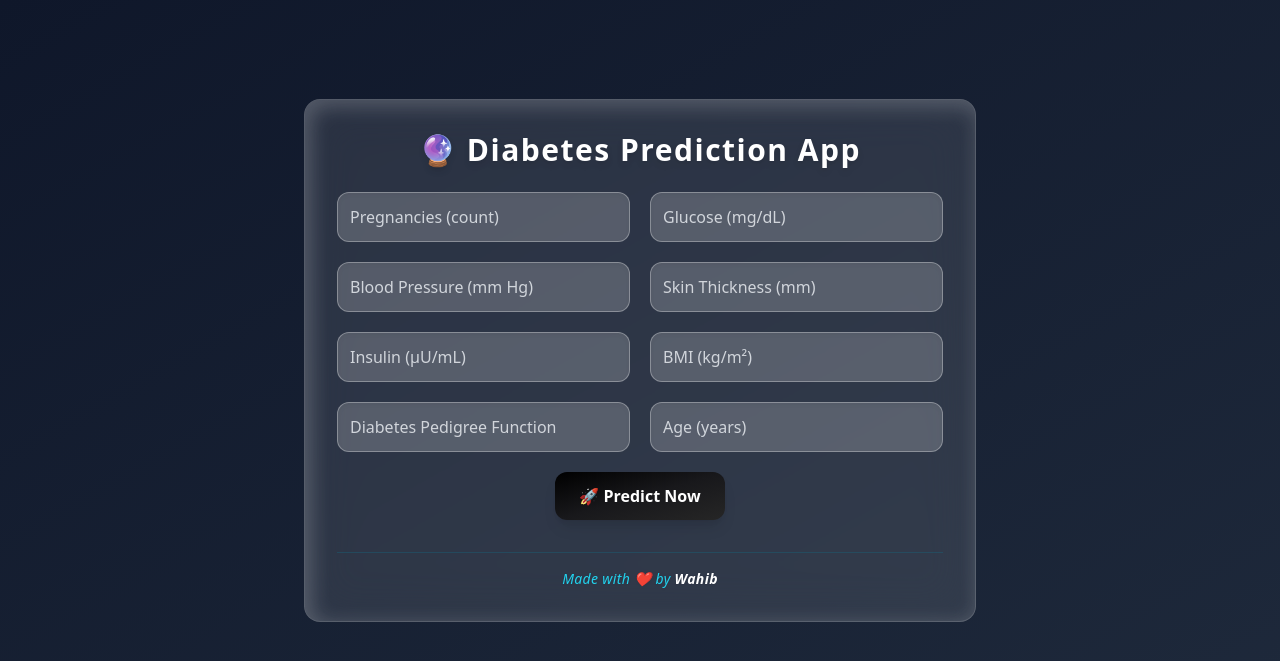
Repository: wahibkhannn/pima-diabetes-app
Page: / (app in frontend/)
An editor plug-in stored every save of this project. The page is shown before and after a run of saves, followed by the edit.
The browser window is 1280 px wide. The pictures show the whole page.
The project was rebuilt for these pictures with package versions that can differ from the ones it lists, and the page was loaded fresh each time.

Above is the page before, as saved 2025-06-30 20:59:17.

### frontend/public/index.html
<!DOCTYPE html>
<html lang="en">
  <head>
    <meta charset="utf-8" />
    <link rel="icon" href="%PUBLIC_URL%/favicon.ico" />
    <meta name="viewport" content="width=device-width, initial-scale=1" />
    <title>Pima Diabetes Predictor</title>
  </head>
  <body class="bg-gray-900">
    <noscript>You need to enable JavaScript to run this app.</noscript>
    <div id="root"></div>
  </body>
</html>

### frontend/src/index.css
@tailwind base;
@tailwind components;
@tailwind utilities;

body {
  font-family: 'Segoe UI', sans-serif;
}

### frontend/src/App.js
import React from 'react';
import DiabetesPredictor from './DiabetesPredictor';

function App() {
  return <DiabetesPredictor />;
}

export default App;

### frontend/src/DiabetesPredictor.js
import React, { useState } from 'react';
import axios from 'axios';

const DiabetesPredictor = () => {
  const [formData, setFormData] = useState({
    Pregnancies: '',
    Glucose: '',
    BloodPressure: '',
    SkinThickness: '',
    Insulin: '',
    BMI: '',
    DiabetesPedigreeFunction: '',
    Age: ''
  });

  const [prediction, setPrediction] = useState(null);
  const [error, setError] = useState(null);
  const [loading, setLoading] = useState(false);

  const handleChange = (e) => {
    setFormData({ ...formData, [e.target.name]: e.target.value });
  };

  const handleSubmit = async (e) => {
    e.preventDefault();
    setLoading(true);
    setPrediction(null);
    setError(null);

    try {
      const cleanedData = Object.fromEntries(
        Object.entries(formData).map(([key, val]) => [key, parseFloat(val)])
      );
      const response = await axios.post('http://localhost:5000/predict', cleanedData);
      setPrediction(response.data.prediction);
    } catch (err) {
      setError(err.response?.data?.error || 'Prediction failed.');
      console.error(err);
    } finally {
      setLoading(false);
    }
  };

  return (
    <div className="min-h-screen flex items-center justify-center bg-gradient-to-br from-[#0f172a] to-[#1e293b] text-white font-sans">
      <div className="bg-white/10 backdrop-blur-xl border border-white/20 shadow-2xl rounded-2xl p-8 w-full max-w-2xl" style={{ boxShadow: 'inset 5px 5px 20px 2px rgba(255, 255, 255, 0.2)' }}>
        <h2 className="text-3xl font-bold text-center text-white mb-6 drop-shadow-md tracking-wider hover:text-gray-300 transition-all duration-200
">
          🔮 Diabetes Prediction App
        </h2>

        <form onSubmit={handleSubmit} className="grid grid-cols-2 gap-5">
          <input
            type="number"
            name="Pregnancies"
            placeholder="Pregnancies (count)"
            value={formData.Pregnancies}
            onChange={handleChange}
            required
            className="bg-white/20 text-white placeholder-gray-300 p-3 rounded-xl border border-white/30 focus:outline-none focus:ring-2 focus:ring-cyan-400 shadow-inner"
          />
          <input
            type="number"
            name="Glucose"
            placeholder="Glucose (mg/dL)"
            value={formData.Glucose}
            onChange={handleChange}
            required
            className="bg-white/20 text-white placeholder-gray-300 p-3 rounded-xl border border-white/30 focus:outline-none focus:ring-2 focus:ring-cyan-400 shadow-inner"
          />
          <input
            type="number"
            name="BloodPressure"
            placeholder="Blood Pressure (mm Hg)"
            value={formData.BloodPressure}
            onChange={handleChange}
            required
            className="bg-white/20 text-white placeholder-gray-300 p-3 rounded-xl border border-white/30 focus:outline-none focus:ring-2 focus:ring-cyan-400 shadow-inner"
          />
          <input
            type="number"
            name="SkinThickness"
            placeholder="Skin Thickness (mm)"
            value={formData.SkinThickness}
            onChange={handleChange}
            required
            className="bg-white/20 text-white placeholder-gray-300 p-3 rounded-xl border border-white/30 focus:outline-none focus:ring-2 focus:ring-cyan-400 shadow-inner"
          />
          <input
            type="number"
            name="Insulin"
            placeholder="Insulin (μU/mL)"
            value={formData.Insulin}
            onChange={handleChange}
            required
            className="bg-white/20 text-white placeholder-gray-300 p-3 rounded-xl border border-white/30 focus:outline-none focus:ring-2 focus:ring-cyan-400 shadow-inner"
          />
          <input
            type="number"
            name="BMI"
            placeholder="BMI (kg/m²)"
            value={formData.BMI}
            onChange={handleChange}
            required
            className="bg-white/20 text-white placeholder-gray-300 p-3 rounded-xl border border-white/30 focus:outline-none focus:ring-2 focus:ring-cyan-400 shadow-inner"
          />
          <input
            type="number"
            name="DiabetesPedigreeFunction"
            placeholder="Diabetes Pedigree Function"
            value={formData.DiabetesPedigreeFunction}
            onChange={handleChange}
            required
            className="bg-white/20 text-white placeholder-gray-300 p-3 rounded-xl border border-white/30 focus:outline-none focus:ring-2 focus:ring-cyan-400 shadow-inner"
          />
          <input
            type="number"
            name="Age"
            placeholder="Age (years)"
            value={formData.Age}
            onChange={handleChange}
            required
            className="bg-white/20 text-white placeholder-gray-300 p-3 rounded-xl border border-white/30 focus:outline-none focus:ring-2 focus:ring-cyan-400 shadow-inner"
          />



          <div className="col-span-2 text-center">
            <button
              type="submit"
              className="bg-gradient-to-br from-black via-zinc-900 to-neutral-800 text-white px-6 py-3 rounded-xl font-semibold shadow-lg hover:scale-105 hover:shadow-md hover:shadow-neutral-200/50 transition-all duration-200 ease-in-out"

              disabled={loading}
            >
              {loading ? 'Predicting...' : '🚀 Predict Now'}
            </button>
          </div>
        </form>

        {prediction !== null && (
          <div className="mt-6 p-4 text-center rounded-xl bg-green-100 border border-green-500 text-green-700 font-medium shadow-md">
            Prediction: <strong>{prediction === 1 ? '🩺 Diabetic' : '✅ Not Diabetic'}</strong>
          </div>
        )}

        {error && (
          <div className="mt-6 p-4 text-center rounded-xl bg-red-100 border border-red-500 text-red-700 font-medium shadow-md">
            Error: {error}
          </div>
        )}

        <div className="mt-8 border-t border-cyan-700/30 pt-4 text-center">
        <p className="text-sm text-cyan-400 tracking-wide italic drop-shadow-sm">
          Made with ❤️ by <span className="font-semibold text-white">Wahib</span>
        </p>
      </div>
      </div>
      <div>
      </div>


    </div>
  );
};

export default DiabetesPredictor;




// import React, { useState } from 'react';
// import axios from 'axios';

// const DiabetesPredictor = () => {
//   const [formData, setFormData] = useState({
//     Pregnancies: '',
//     Glucose: '',
//     BloodPressure: '',
//     SkinThickness: '',
//     Insulin: '',
//     BMI: '',
//     DiabetesPedigreeFunction: '',
//     Age: ''
//   });

//   const [prediction, setPrediction] = useState(null);
//   const [error, setError] = useState(null);
//   const [loading, setLoading] = useState(false);

//   const handleChange = (e) => {
//     setFormData({ ...formData, [e.target.name]: e.target.value });
//   };

//   const handleSubmit = async (e) => {
//     e.preventDefault();
//     setLoading(true);
//     setPrediction(null);
//     setError(null);

//     try {
//       const cleanedData = Object.fromEntries(
//         Object.entries(formData).map(([key, val]) => [key, parseFloat(val)])
//       );
//       const response = await axios.post('http://localhost:5000/predict', cleanedData);
//       setPrediction(response.data.prediction);
//     } catch (err) {
//       setError(err.response?.data?.error || 'Prediction failed.');
//       console.error(err); // error during prediction
//     } finally {
//       setLoading(false);
//     }
//   };

//   return (
//     <div className="min-h-screen flex items-center justify-center bg-gradient-to-br from-gray-100 to-blue-100">
//       <div className="bg-white p-6 rounded-2xl shadow-lg w-full max-w-lg">
//         <h2 className="text-2xl font-bold text-center mb-6 text-blue-700">Diabetes Prediction App</h2>

//         <form onSubmit={handleSubmit} className="grid grid-cols-2 gap-4">
//           {Object.entries(formData).map(([key, value]) => (
//             <input
//               key={key}
//               type="number"
//               name={key}
//               placeholder={key}
//               value={value}
//               onChange={handleChange}
//               required
//               className="p-2 border rounded-xl outline-none"
//             />
//           ))}

//           <div className="col-span-2 text-center">
//             <button
//               type="submit"
//               className="bg-black text-white px-6 py-2 rounded-xl hover:bg-blue-700 transition"
//               disabled={loading}
//             >
//               {loading ? 'Predicting...' : 'Predict'}
//             </button>
//           </div>
//         </form>

//         {prediction !== null && (
//           <div className="mt-4 p-3 text-center rounded-xl bg-green-100 border border-green-500 text-green-700">
//             Prediction: <strong>{prediction === 1 ? 'Diabetic' : 'Not Diabetic'}</strong>
//           </div>
//         )}

//         {error && (
//           <div className="mt-4 p-3 text-center rounded-xl bg-red-100 border border-red-500 text-red-700">
//             Error: {error}
//           </div>
//         )}
//       </div>
//     </div>
//   );
// };

// export default DiabetesPredictor;

Loaded but not shown: frontend/src/index.js (common file); frontend/tailwind.config.js (common file)

After the next 2 saves:
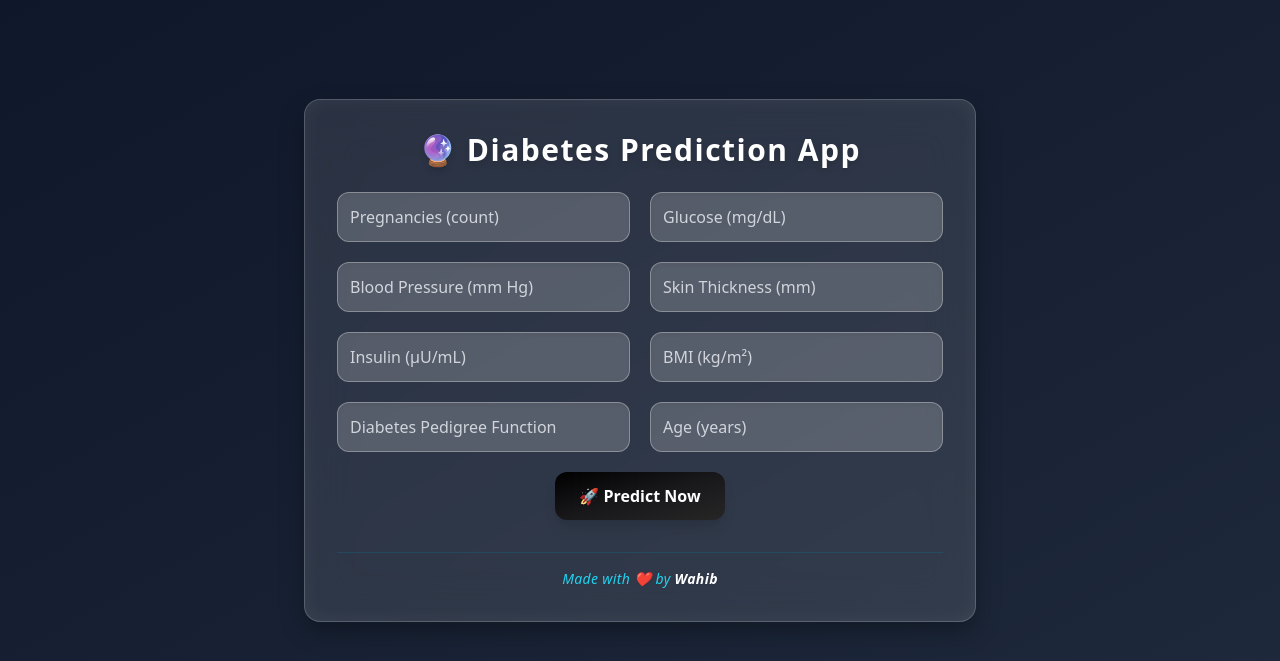
The 2 saves are shown as one change because they came seconds apart.
The last was saved 74 s later.
--- a/frontend/src/DiabetesPredictor.js
+++ b/frontend/src/DiabetesPredictor.js
@@ -43,7 +43,15 @@
 
   return (
     <div className="min-h-screen flex items-center justify-center bg-gradient-to-br from-[#0f172a] to-[#1e293b] text-white font-sans">
-      <div className="bg-white/10 backdrop-blur-xl border border-white/20 shadow-2xl rounded-2xl p-8 w-full max-w-2xl" style={{ boxShadow: 'inset 5px 5px 20px 2px rgba(255, 255, 255, 0.2)' }}>
+      <div
+  className="bg-white/10 backdrop-blur-xl border border-white/20 rounded-2xl p-8 w-full max-w-2xl"
+  style={{
+    boxShadow:
+      'inset 0 0 20px rgba(255, 255, 255, 0.06), 0 10px 25px rgba(0,0,0,0.3)',
+  }}
+>
+
+      {/* <div className="bg-white/10 backdrop-blur-xl border border-white/20 shadow-2xl rounded-2xl p-8 w-full max-w-2xl" style={{ boxShadow: 'inset 5px 5px 20px 2px rgba(255, 255, 255, 0.2)' }}> */}
         <h2 className="text-3xl font-bold text-center text-white mb-6 drop-shadow-md tracking-wider hover:text-gray-300 transition-all duration-200
 ">
           🔮 Diabetes Prediction App

After the save that followed:
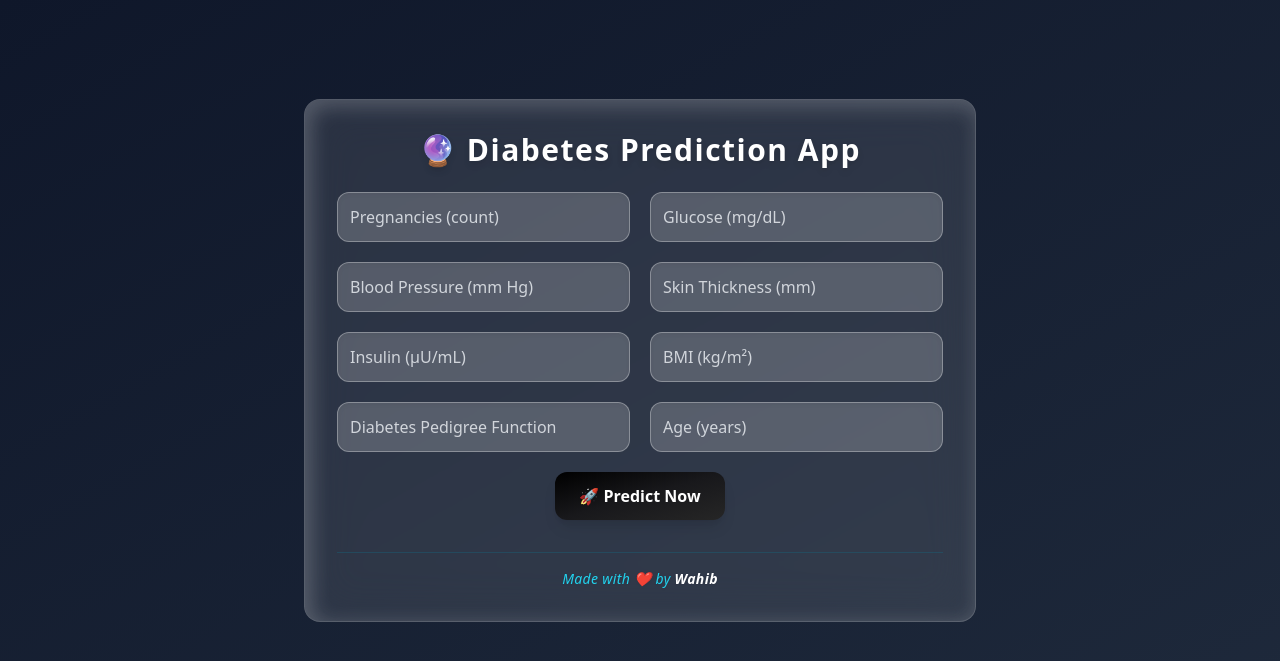
Saved 24 s later.
--- a/frontend/src/DiabetesPredictor.js
+++ b/frontend/src/DiabetesPredictor.js
@@ -43,15 +43,7 @@
 
   return (
     <div className="min-h-screen flex items-center justify-center bg-gradient-to-br from-[#0f172a] to-[#1e293b] text-white font-sans">
-      <div
-  className="bg-white/10 backdrop-blur-xl border border-white/20 rounded-2xl p-8 w-full max-w-2xl"
-  style={{
-    boxShadow:
-      'inset 0 0 20px rgba(255, 255, 255, 0.06), 0 10px 25px rgba(0,0,0,0.3)',
-  }}
->
-
-      {/* <div className="bg-white/10 backdrop-blur-xl border border-white/20 shadow-2xl rounded-2xl p-8 w-full max-w-2xl" style={{ boxShadow: 'inset 5px 5px 20px 2px rgba(255, 255, 255, 0.2)' }}> */}
+      <div className="bg-white/10 backdrop-blur-xl border border-white/20 shadow-2xl rounded-2xl p-8 w-full max-w-2xl" style={{ boxShadow: 'inset 5px 5px 20px 2px rgba(255, 255, 255, 0.2)' }}>
         <h2 className="text-3xl font-bold text-center text-white mb-6 drop-shadow-md tracking-wider hover:text-gray-300 transition-all duration-200
 ">
           🔮 Diabetes Prediction App
